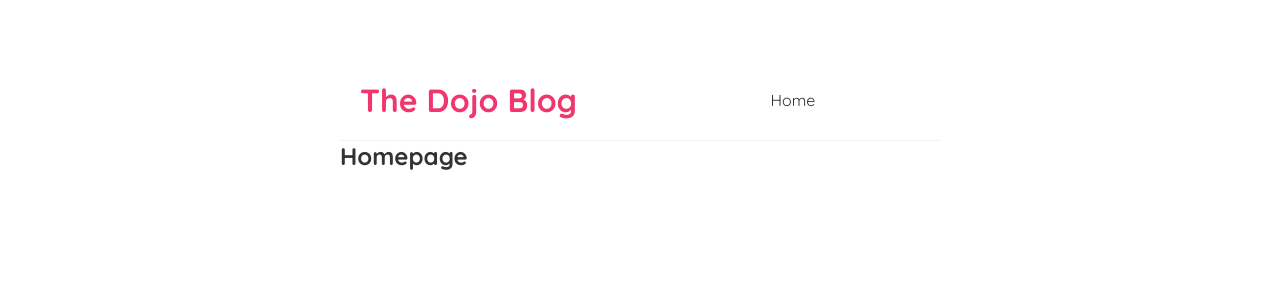
Repository: DESTINYAS/Reactjs
Page: /
The author's editor kept a copy of each file at every save. The page is drawn from the files as they stood at one save, then again after the next save.
The browser window is 1280 px wide. The pictures show the whole page.
The project was rebuilt for these pictures with package versions that can differ from the ones it lists, and the page was loaded fresh each time.

Above is the page before, as saved 2022-11-27 23:25:39.

After the next save:
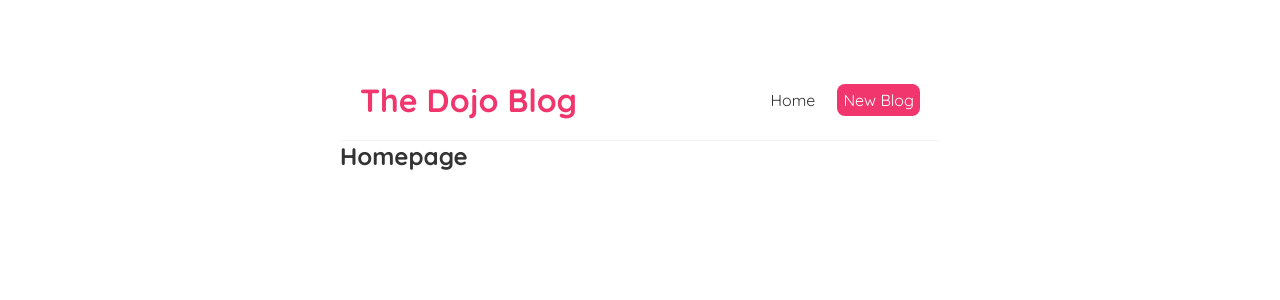
Saved 36 s later.
--- a/src/Navbar.js
+++ b/src/Navbar.js
@@ -8,7 +8,7 @@ const Navbar = () => {
           href="/create"
           style={{
             color: "white",
-            backgroundColour: "#f1356d",
+            backgroundColor: "#f1356d",
             borderRadius: "8px",
           }}
         >
